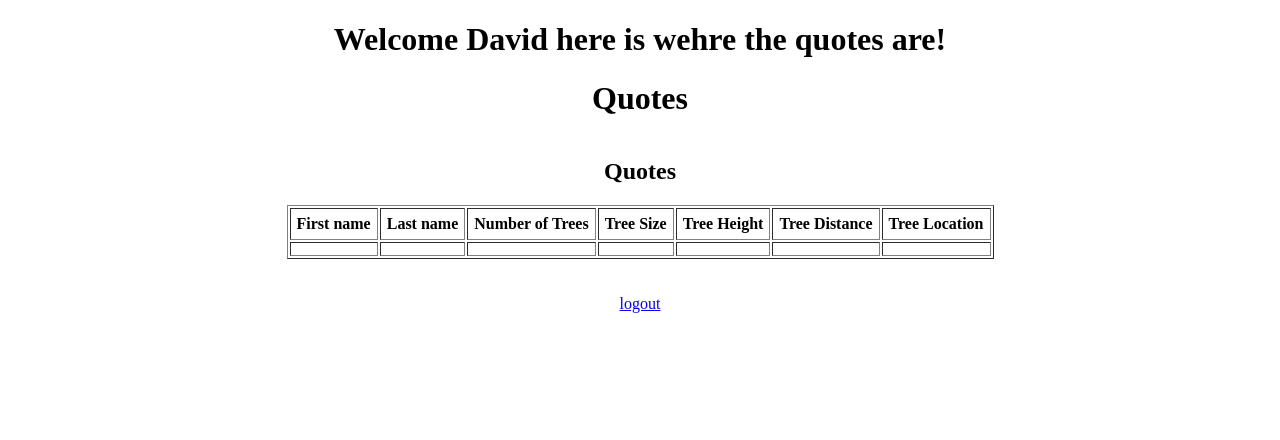
Repository: jrule5960/Tree-Cutting-Database
Page: http://localhost/database/Requests.jsp
An editor plug-in stored every save of this project. The page is shown before and after the next save, followed by the edit.
The browser window is 1280 px wide. The pictures show the whole page.
The page is served by Tomcat 9.

Above is the page before, as saved 2023-11-06 22:55:46.

After the next save:
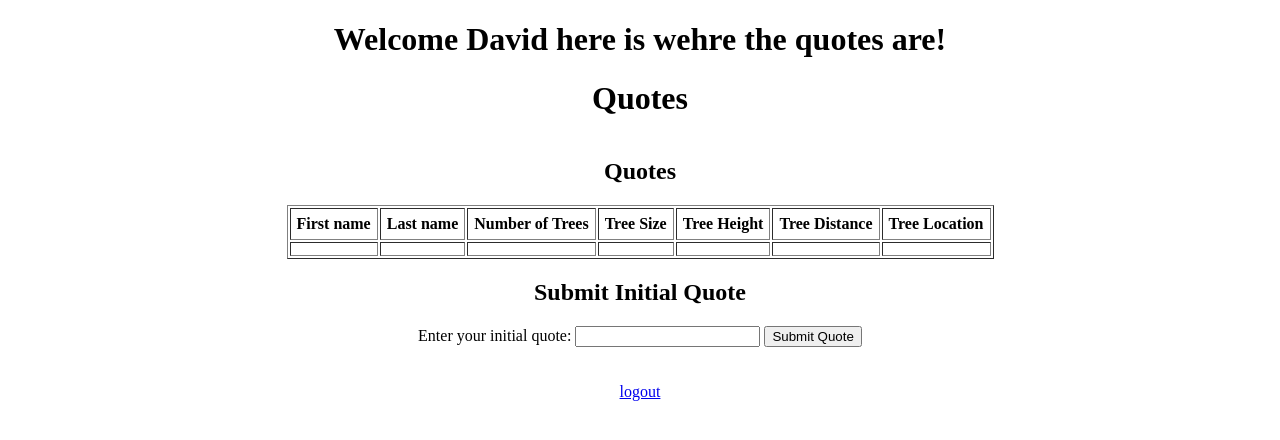
Saved 3 min 36 s later.
--- a/database/WebContent/Requests.jsp
+++ b/database/WebContent/Requests.jsp
@@ -47,6 +47,13 @@
 
             </c:forEach>
         </table>
+        <!-- Add a form to input initial quote -->
+            <form action="submit_quote.jsp" method="post">
+                <h2>Submit Initial Quote</h2>
+                <label for="initialQuote">Enter your initial quote:</label>
+                <input type="number" name="initialQuote" id="initialQuote" required>
+                <input type="submit" value="Submit Quote">
+            </form>
 	</div>
 	</div>
 
